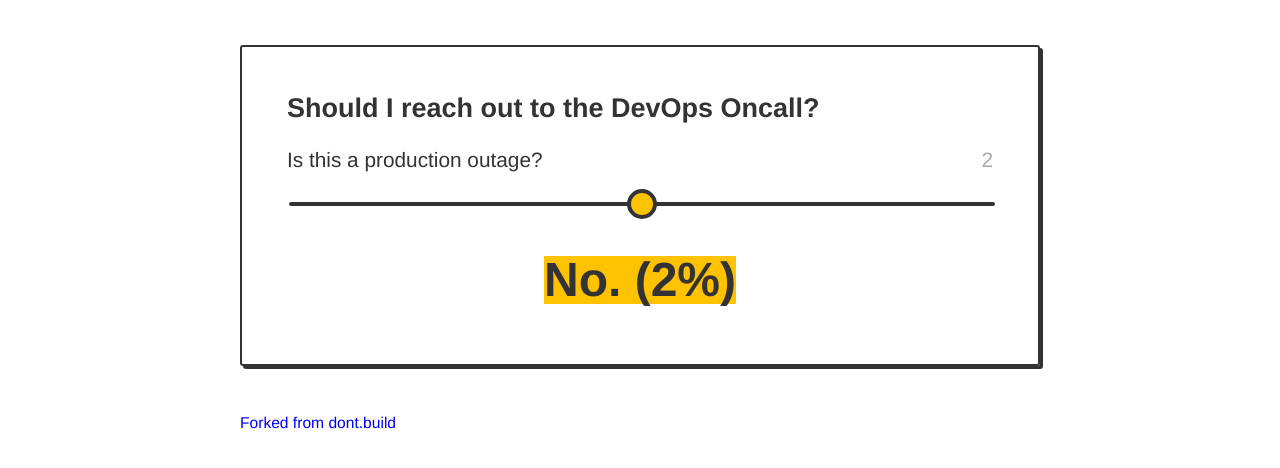
Repository: harishbsrinivas/dont.call
Page: index.html
The author's editor kept a copy of each file at every save. The page is drawn from the files as they stood at one save, then again after the next save.
The browser window is 1280 px wide. The pictures show the whole page.

Above is the page before, as saved 2022-12-03 17:14:56.

### index.html
<!DOCTYPE html>
<html lang="en-US">

<head>
    <meta charset="utf-8" />
    <title>Should I reach out to the DevOps oncall?</title>
    <meta name="description"
        content="A simple, opinionated decision system to help decide whether to reach out to the Devops oncall?" />
    <link rel="shortcut icon" href="https://dont.build/favicon.png" />
    <meta property="og:image" content="https://dont.build/thumb.png">
    <meta name="viewport" content="width=device-width, initial-scale=1" />
    <link href="style.css?v=2" rel="stylesheet" type="text/css" />
</head>

<body>

    <div class="container">
        <section class="box">
            <h1 class="title">Should I reach out to the DevOps Oncall?</h1>
            <br />
            <form class="form">
                <fieldset class="p-outage">
                    <span class="value"></span>
                    <label>Is this a production outage?</label>
                    <input type="range" min="1" max="3" step="1" value="2" />
                </fieldset>
            </form>
            <h1 class="answer">
                <span><span class="bool"></span> (<span class="percent"></span>)</span>
            </h1>
        </section>

        <noscript>
            <h1>This page requires Javascript to function.</h1>
        </noscript>

        <footer><a href="https://github.com/knadh/dont.build">Forked from dont.build</a>
        </footer>
    </div>


    <script>
        (function () {
            const params = [
                { weight: 0.10, value: 2, negative: false, name: 'p-outage', },
            ]

            params.forEach((p, n) => {
                let net = 0;
                const inp = document.querySelector(`.${p.name} input`);

                inp.value = p.value;
                inp.oninput = (e) => {
                    const val = parseFloat(e.target.value, 64);
                    document.querySelector(`.${p.name} .value`).innerText = val;
                    p.value = val;

                    // Sum all weighted params.
                    const sum = params.reduce((prev, pm) => {
                        let v = pm.value;
                        if (pm.negative) {
                            v = 10 - v;
                        }

                        return prev + (v / 10 * pm.weight);
                    }, 0);

                    // Display the results.
                    document.querySelector(".answer .percent").innerText = `${(sum * 100).toFixed(0)}%`;

                    let b = 'Yes';
                    if (sum < 0.5 && sum > 0.46) {
                        b = `No, but a close call.`;
                    } else if (sum < 0.48) {
                        b = `No.`;
                    } else if (sum > 0.5 && sum < 0.54) {
                        b = `Yes, but a close call.`;
                    } else if (sum === 0.5) {
                        b = '50-50. Go with the gut.';
                    }
                    document.querySelector(".answer .bool").innerText = b;
                };

                inp.dispatchEvent(new Event('input'));
            });
        })();
    </script>

</body>

</html>

### style.css
:root {
    --primary: #ffc200;
    --secondary: #333;
}

* {
    box-sizing: border-box;
}

html, body {
    margin: 0;
}

body {
    font-family: 'Helvetica Neue', 'Segoe UI', Arial, sans-serif;
    font-size: 18px;
    line-height: 24px;
    color: var(--secondary);
    height: 100%;
    margin: 0;
    padding: 0;
}

h1, h2, h3 {
  line-height: 2rem;
}

a {
    text-decoration: none;
}

p {
  color: #666;
}

fieldset {
  padding: 0;
  margin: 0;
  border: 0;
}

input[type="range"] {
  -webkit-appearance: none;
  width: 100%;
  height: 4px;
  background: var(--secondary);
  border-radius: 3px;
}

input[type="range"]::-webkit-slider-thumb {
  -webkit-appearance: none;
  background: var(--primary);
  height: 30px;
  width: 30px;
  border-radius: 50%;
  cursor: pointer;
  border: 4px solid var(--secondary);
}

input[type="range"]::-moz-range-thumb {
  background: var(--primary);
  border-radius: 100%;
  height: 20px;
  width: 20px;
  cursor: pointer;
  border: 4px solid var(--secondary);
}

input[type=range]::-webkit-slider-runnable-track  {
  -webkit-appearance: none;
  box-shadow: none;
  border: none;
  background: transparent;
}


button {
    background: var(--primary);
    cursor: pointer;
    border-color: #000;
    padding: 10px 30px;
}
    button:hover {
        background: #aaa;
    }

.container {
    max-width: 800px;
    margin: 45px auto 30px auto;
}
.box {
    padding: 30px 45px;
    border: 1px solid #ddd;
    border-radius: 3px;
    border: 2px solid var(--secondary);
    box-shadow: 3px 3px 0px var(--secondary);
    margin-bottom: 45px;
}

.container .title {
  margin: 15px 0 0px 0;
}

.help {
  margin-top: 5px;
}

.form {
  clear: both;
}
.form fieldset {
  font-size: 1.3rem;
  margin-bottom: 45px;
}
  .form label {
    display: block;
    margin-bottom: 15px;
  }
  .form .value, .help {
    float: right;
    color: #aaa;
  }

.answer {
  text-align: center;
  margin: 30px 0;
  font-size: 3rem;
  line-height: 3rem;
}
  .answer span {
    display: inline-block;
    background: var(--primary);
  }

footer {
  margin: 30px auto;
  color: #999;
  font-size: 0.975rem;
}

@media (max-width: 800px) {
  .container {
    max-width: none;
    margin: 20px 30px 20px 20px;
    padding: 0;
  }
  .box {
    padding: 0;
    border: 0;
    box-shadow: none;
  }
  .help {
    float: none;
  }
  .form label {
    float: left;
    max-width: 90%;
  }
}


@media (max-width: 400px) {
  .form label {
    max-width: 70%;
  }
}

After the next save:
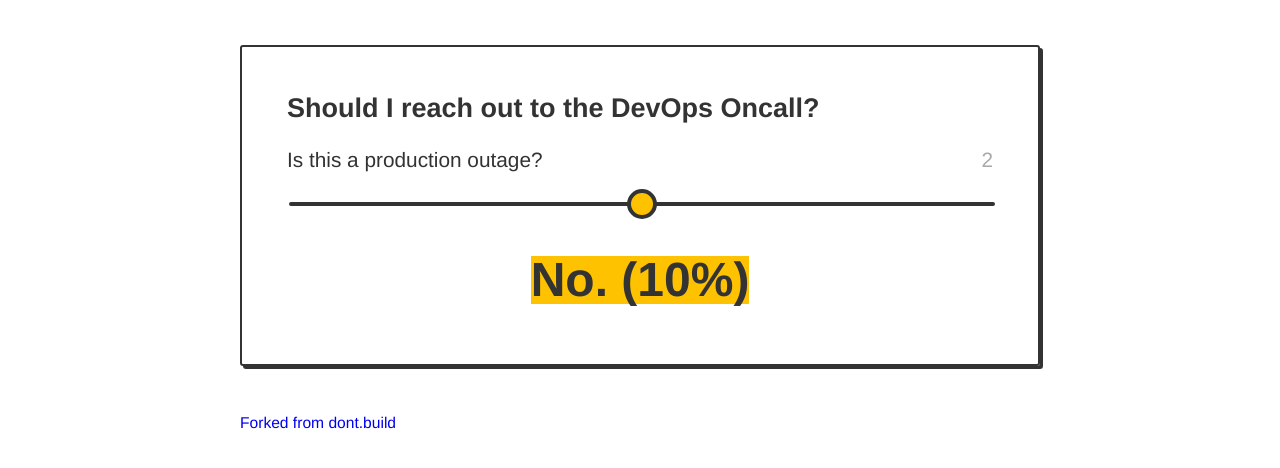
Saved 21 s later.
--- a/index.html
+++ b/index.html
@@ -42,7 +42,7 @@
     <script>
         (function () {
             const params = [
-                { weight: 0.10, value: 2, negative: false, name: 'p-outage', },
+                { weight: 0.50, value: 2, negative: false, name: 'p-outage', },
             ]
 
             params.forEach((p, n) => {
